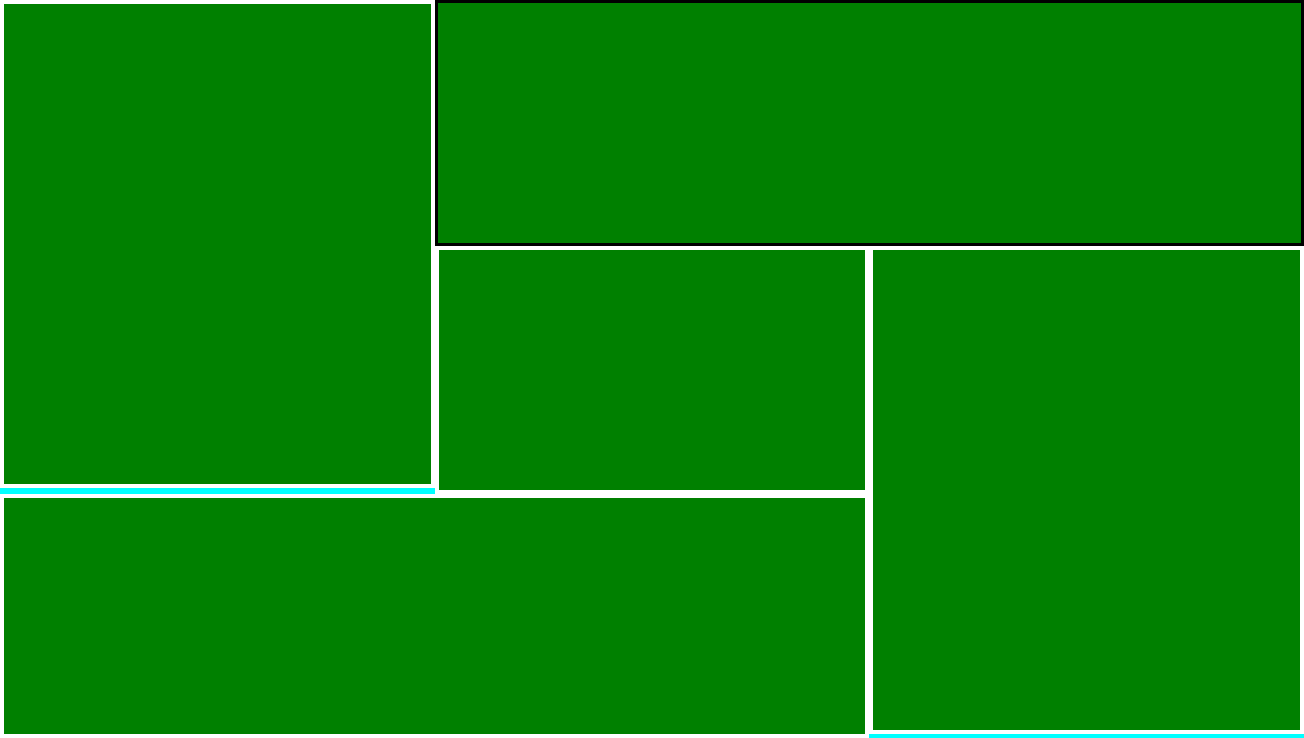
Repository: tianjiewang2022/tianjiewang2022.github.io
Page: index.html
An editor plug-in stored every save of this project. The page is shown before and after the next save, followed by the edit.
The browser window is 1280 px wide. The page is 1304 px wide, so the pictures cover 1304 px, including what lies to the right of the window. The pictures show the whole page.

Above is the page before, as saved 2023-10-03 19:13:02.

After the next save:
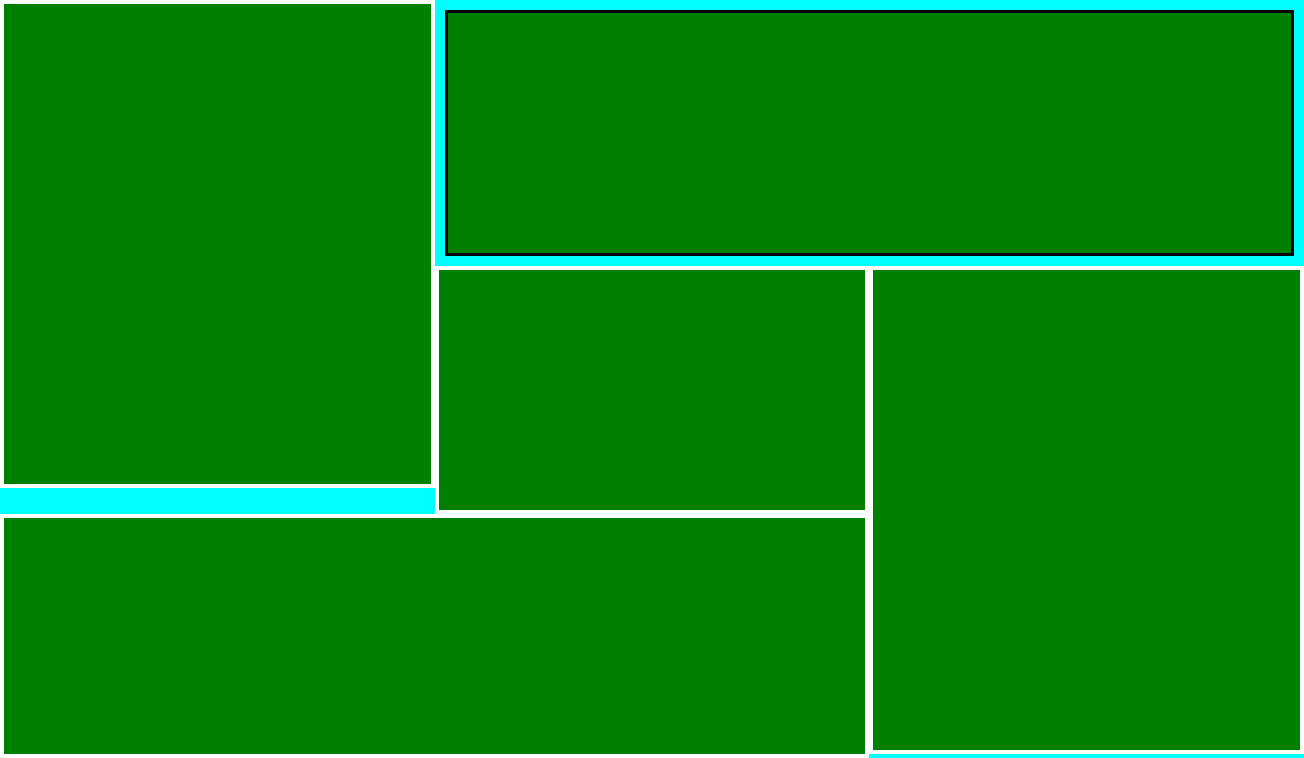
Saved 3 min 23 s later.
--- a/index.html
+++ b/index.html
@@ -28,7 +28,9 @@
                 z-index: 100;
                 height: calc(100vh / 3);
                 /* Set the height of the header */
-                border: 3px solid;
+
+                border: 3px solid black;
+                margin: 10px;
             }
 
             .left_bar {
